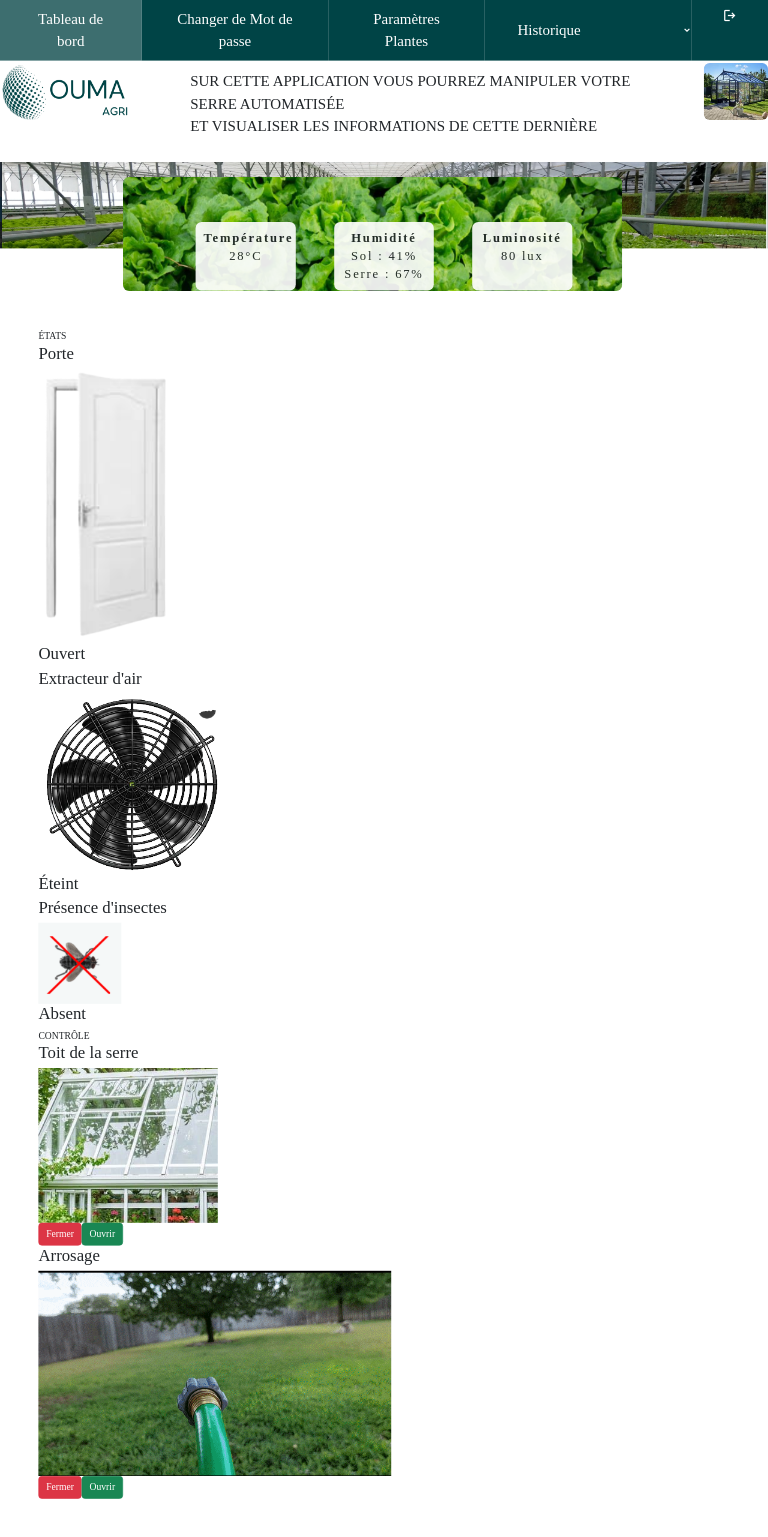
Repository: ODIA221/gestion_serre_automatise
Page: /Dashboard/TableauDB (app in interface/)
The author's editor kept a copy of each file at every save. The page is drawn from the files as they stood at one save, then again after a run of saves.
The browser window is 1280 px wide. The pictures show the whole page, at 60% of full size.
The project was rebuilt for these pictures with package versions that can differ from the ones it lists, and the page was loaded fresh each time. Also part of the build but not shown: interface/src/App.css, interface/src/pages/Connexion.js, interface/src/pages/Historiques.js, interface/src/pages/ParametrePlante.js.

Above is the page before, as saved 2023-03-27 14:54:42.

After the next 3 saves:
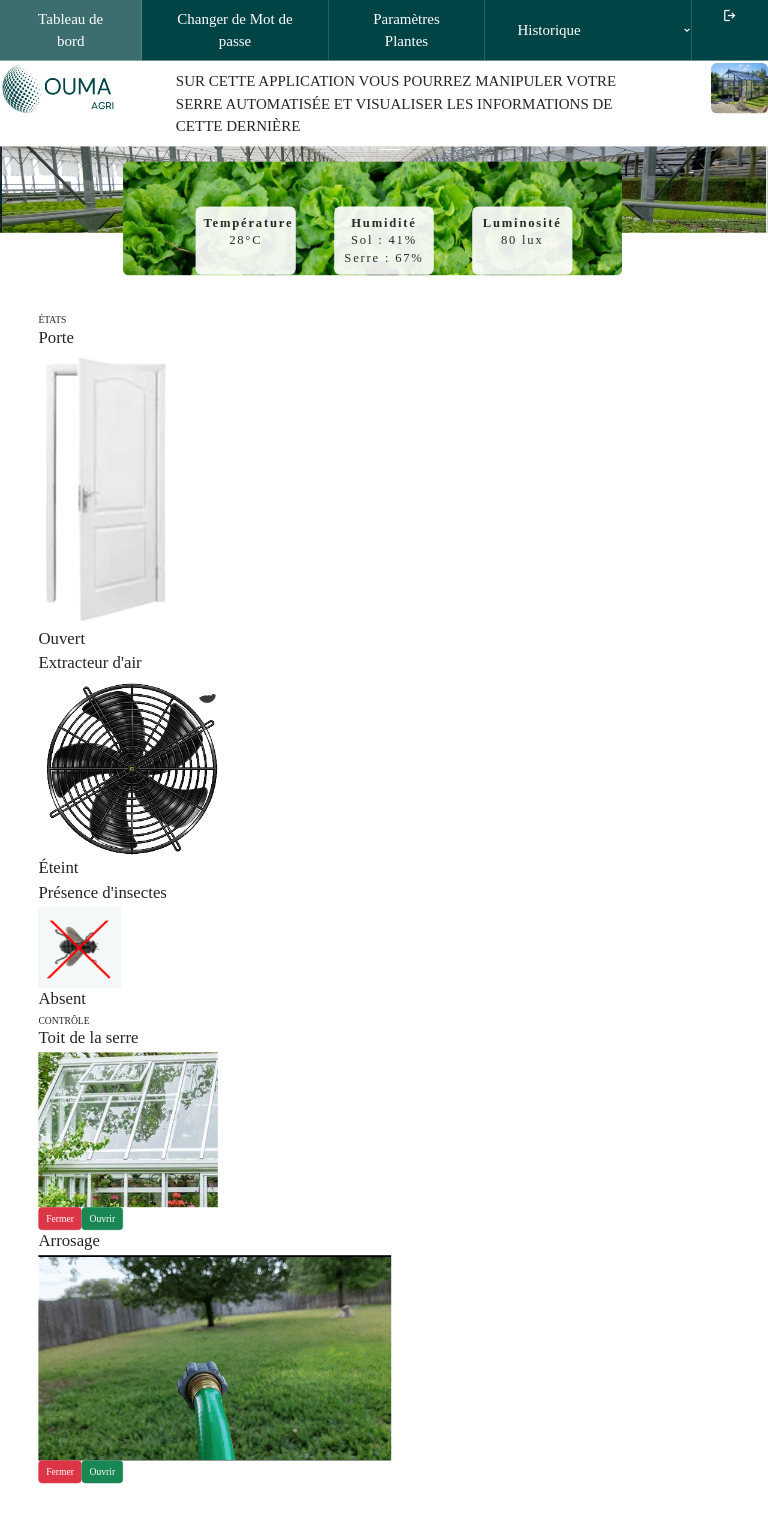
The 3 saves are shown as one change because they came seconds apart.
The last was saved 35 min 0 s later.
--- a/interface/src/components/Header.js
+++ b/interface/src/components/Header.js
@@ -48,13 +48,13 @@ function Header() {
 
       {/* //Menu de navigation */}
       <div id='menuNav' >
-        <button id="btnMenuNav"><Link to="/Dashboard">Tableau de bord </Link> </button>
+        <button id="btnMenuNav"><Link to="/Dashboard/TableauDB">Tableau de bord </Link> </button>
         <button id="btnMenuNav"> <Link to="/Dashboard/ChangePW">Changer de Mot de passe</Link></button>
         <button id="btnMenuNav"> <Link onClick={() => popup()}>Paramètres Plantes</Link></button>
 
         <select onChange={(e) => navigate(e.target.value)} id="btnMenuNav" >
           <option >Historique</option>
-          <option >Historique des plantes</option>
+          <option value='/Dashboard/ParametrePlante' >Historique des plantes</option>
           <option value='/Dashboard/Historique'>Historique de la serre</option>
         </select>
         <span className="material-symbols-outlined" id="btnMenuNav">logout</span>
@@ -62,7 +62,7 @@ function Header() {
       {/* //logo, description et photo serre */}
       <div id='infoNav' >
         <div > <img src={logoOumaAgri} id="imageHeader" alt="Logo Ouma Agri" /></div>
-        <div id="textHeader"> Sur cette application vous pourrez manipuler votre serre automatisée <br /> et  visualiser les informations de cette dernière </div>
+        <div id="textHeader"> Sur cette application vous pourrez manipuler votre serre automatisée  et  visualiser les informations de cette dernière </div>
         <div><img src={serre} id="imageHeader" alt="serre" /></div>
       </div>
       {/* Valeur à temp réel */}
@@ -107,14 +107,7 @@ function Header() {
                   </select>: <input type="text" placeholder='donnez une plante'/>}
 
 
-                  {!autre && <>
-                    <label class="labe2">Durée</label>
-                      <select id="swal-input1" class="swal2-input">
-                      <option>5mns</option>
-                      <option>10mns</option>
-                      <option>20mns</option>
-                    </select>
-                  </>}
+
 
                   {!debit && !debitdif && !autre && <>
                     <label class="labe3">Heure d'arrosage</label>
@@ -125,6 +118,15 @@ function Header() {
                     </select>
                   </>}
 
+                  {!autre && <>
+                    <label class="labe2">Durée</label>
+                      <select id="swal-input1" class="swal2-input">
+                      <option>5mns</option>
+                      <option>10mns</option>
+                      <option>20mns</option>
+                    </select>
+                  </>}
+
                   {
                     autre && <>
                       <div class="d-flex justify-content-center mt-4 gap-3">
